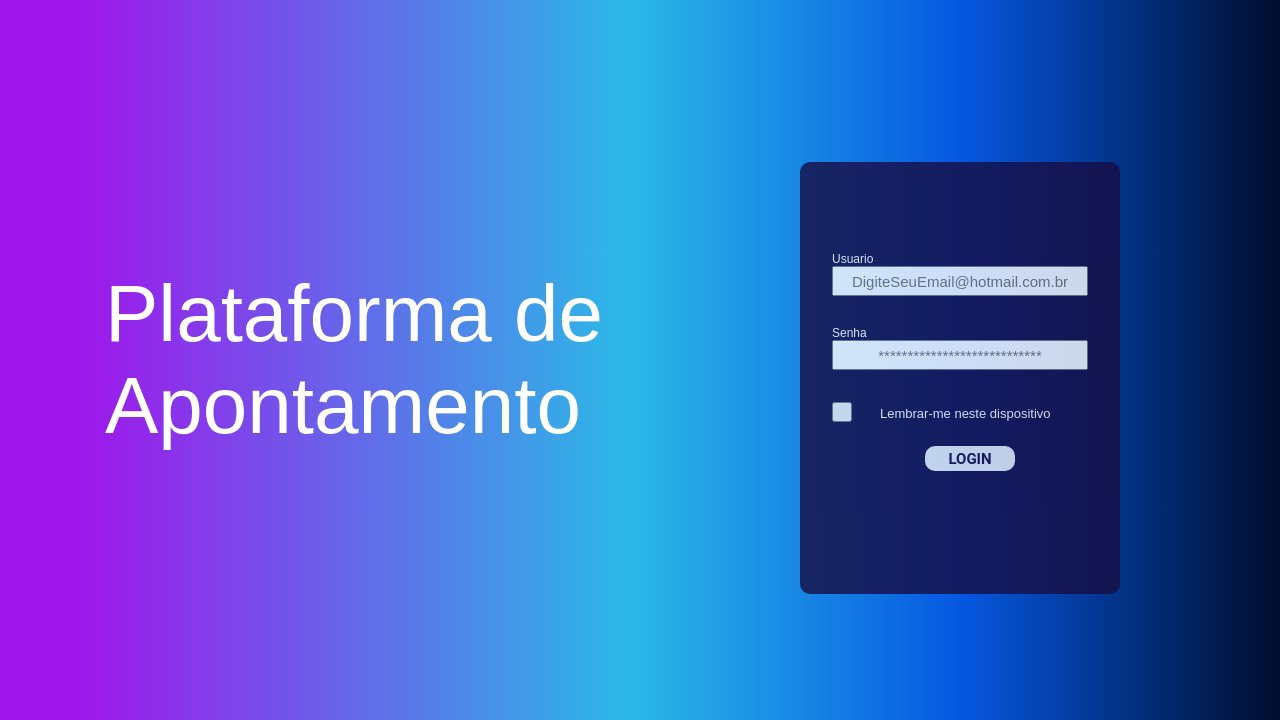
Repository: KevynMarques/Estudos-Reactjs-Firebase
Page: /
An editor plug-in stored every save of this project. The page is shown before and after the next save, followed by the edit.
The browser window is 1280 px wide. The pictures show the whole page.
The page's requests for data from a server got no answer. The project was rebuilt for these pictures with package versions that can differ from the ones it lists, and the page was loaded fresh each time. No one was signed in, and anything a server would have sent is missing. Also part of the build but not shown: src/Pages/Page2.jsx.

Above is the page before, as saved 2022-08-23 14:59:50.

After the next save:
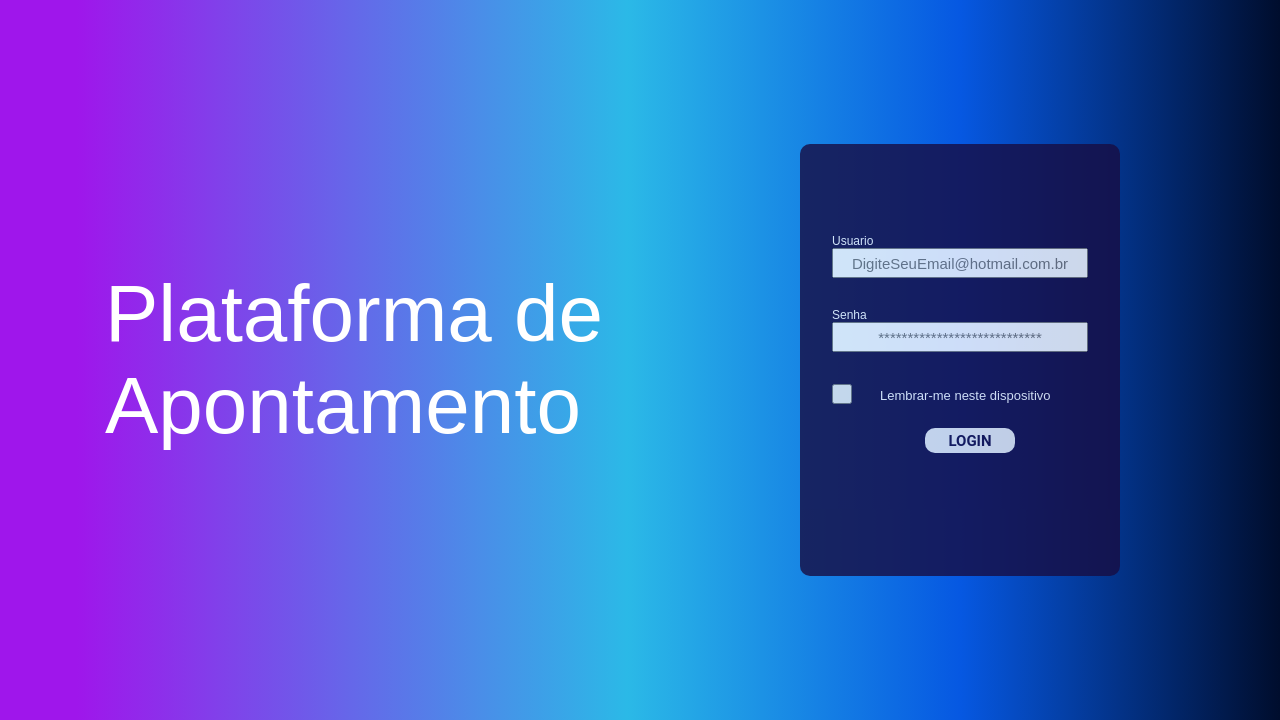
Saved 5 s later.
--- a/src/Components/Login/style.jsx
+++ b/src/Components/Login/style.jsx
@@ -25,7 +25,6 @@ export const BoxLogin = styled.div`
   background-color: #170d43;
   opacity: 0.8;
   border-radius: 10px;
-  margin-top: 5vh;
   margin-left: 50vw;
   display: flex;
   flex-direction: column;
